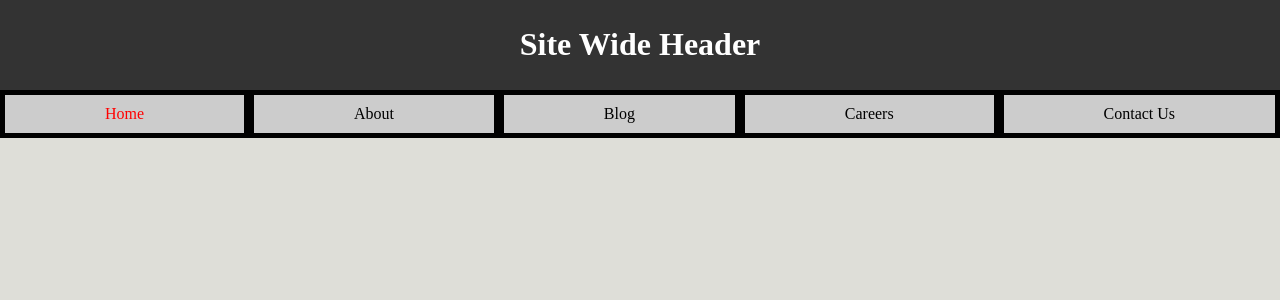
Repository: ayeza-baseer/AssignmentFlexbox
Page: assignment.html
These files come from the project's save history. The page is drawn as it stood at one moment and after the next save; the edit follows.
The browser window is 1280 px wide. The pictures show the whole page.
The pointer rests on the first visible `.navbar a`.

Above is the page before, as saved 2023-03-17 14:02:14.

### assignment.html
<!DOCTYPE html>
<html lang="en">
<head>

    <link rel="stylesheet" href="assignment.css">


</head>
<body>
<div>
    <header class="header"><h1>
        Site Wide Header
    </h1></header>
    <div class="navbar">
        <a href="#">Home</a>
        <a href="#">About</a>
        <a href="#">Blog</a>
        <a href="#">Careers</a>
        <a href="#">Contact Us</a>
      </div>


</div>

</body>
</html>

### assignment.css
.header{
    padding: 5px;
    background-color: #333;
	 color: #ccc;

    text-align: center;

    color: white;
}

body{
    margin:0;
    background-color: #deded8;
}

.navbar {
    display: flex;
    background-color: black
  }

  .navbar a {
    color: black;

    background-color: #ccc;
    padding: 10px 12px;
    text-decoration: none;
    text-align: center;
    flex-grow:1;
    border: 5px solid black;
  }

  .navbar a:hover {
    color:red
  }

After the next save:
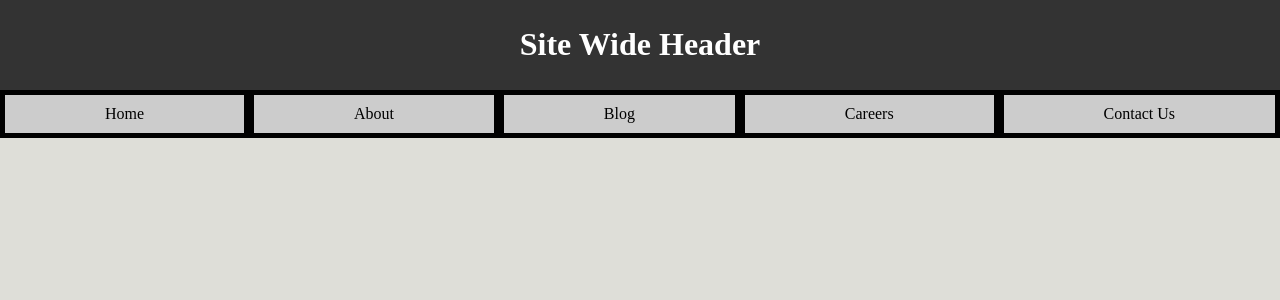
Saved 2 min 0 s later.
--- a/assignment.css
+++ b/assignment.css
@@ -29,6 +29,6 @@ body{
     border: 5px solid black;
   }
 
-  .navbar a:hover {
+  .navbar:hover {
     color:red
   }
